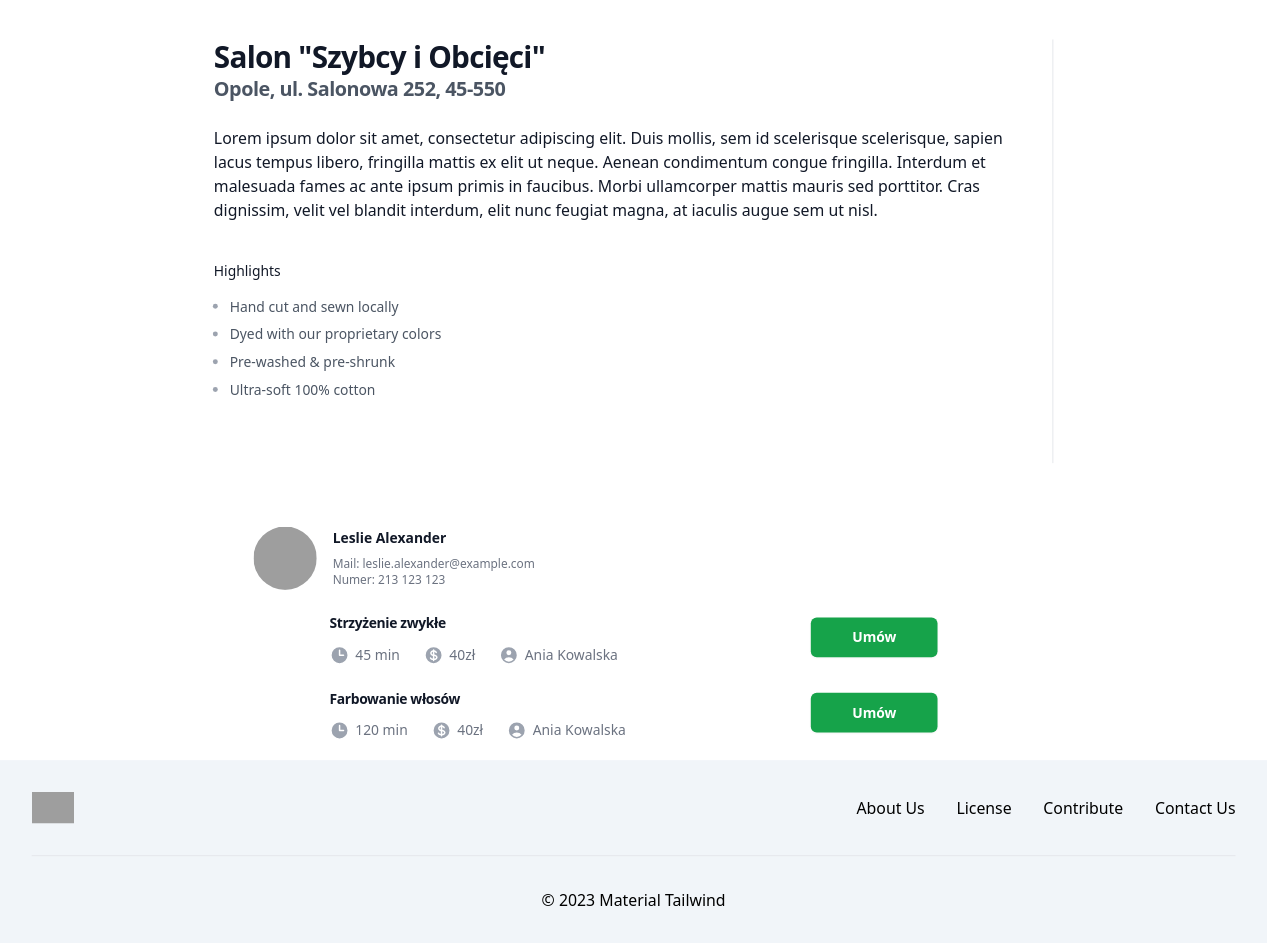
Repository: PrzemyslawJura/my-app
Page: /stronasalonu (app in frontend/)
An editor plug-in stored every save of this project. The page is shown before and after the next save, followed by the edit.
The browser window is 1280 px wide. The pictures show the part of the page from y = 516 to 1469 px (the page is 1469 px tall before and 1445 px after), at 99% of full size.
Pictures or frames that could not be fetched are drawn as grey boxes. The project was rebuilt for these pictures with package versions that can differ from the ones it lists, and the page was loaded fresh each time. Also part of the build but not shown: frontend/src/components/Location.jsx, frontend/src/home/Feature.jsx, frontend/src/shared_np_buttony_inputy_kalendarze_itp/PaginationTile.jsx, frontend/src/home/Pagination.jsx, frontend/src/home/Listbox.jsx, frontend/src/home/StepOne.jsx, frontend/src/home/StepTwo.jsx, frontend/src/home/SalonOffer.jsx and 19 more.

Above is the page before, as saved 2023-11-21 20:23:48.

After the next save:
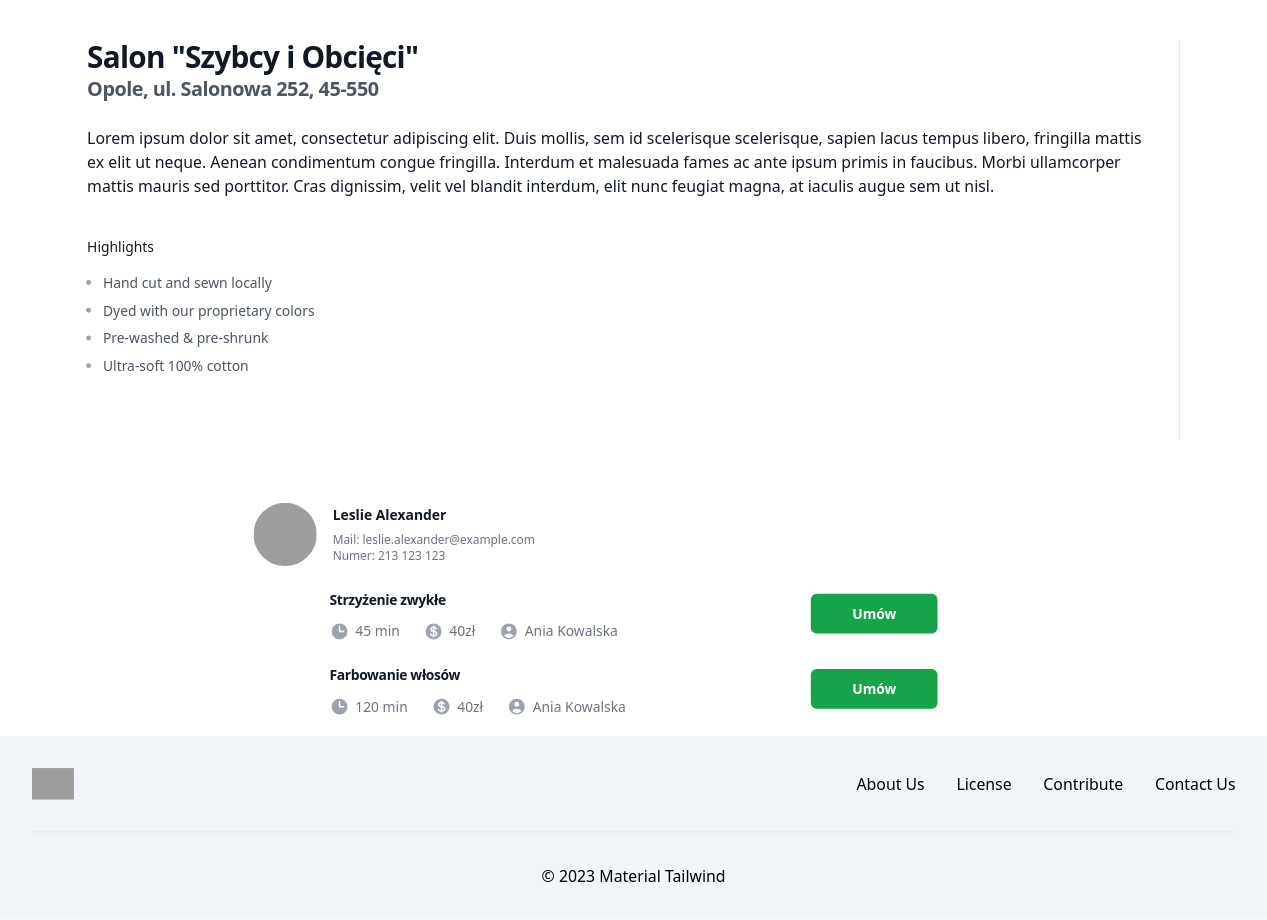
Saved 26 s later.
--- a/frontend/src/biznes/Salon.jsx
+++ b/frontend/src/biznes/Salon.jsx
@@ -84,7 +84,7 @@ export default function Salon() {
         </div>
 
         {/* Product info */}
-        <div className="mx-auto px-4 pb-16 pt-10 sm:px-6 max-w-4xl ">
+        <div className="mx-auto px-4 pb-16 pt-10 sm:px-6 max-w-6xl ">
           <div className="lg:col-span-2 lg:border-r lg:border-gray-200 lg:pr-8">
             <h1 className="text-2xl font-bold tracking-tight text-gray-900 sm:text-3xl">{product.name}</h1>
             <h3 className="text-xl font-semibold tracking-tight text-gray-600">{product.city}, {product.street}, {product.code}</h3>
